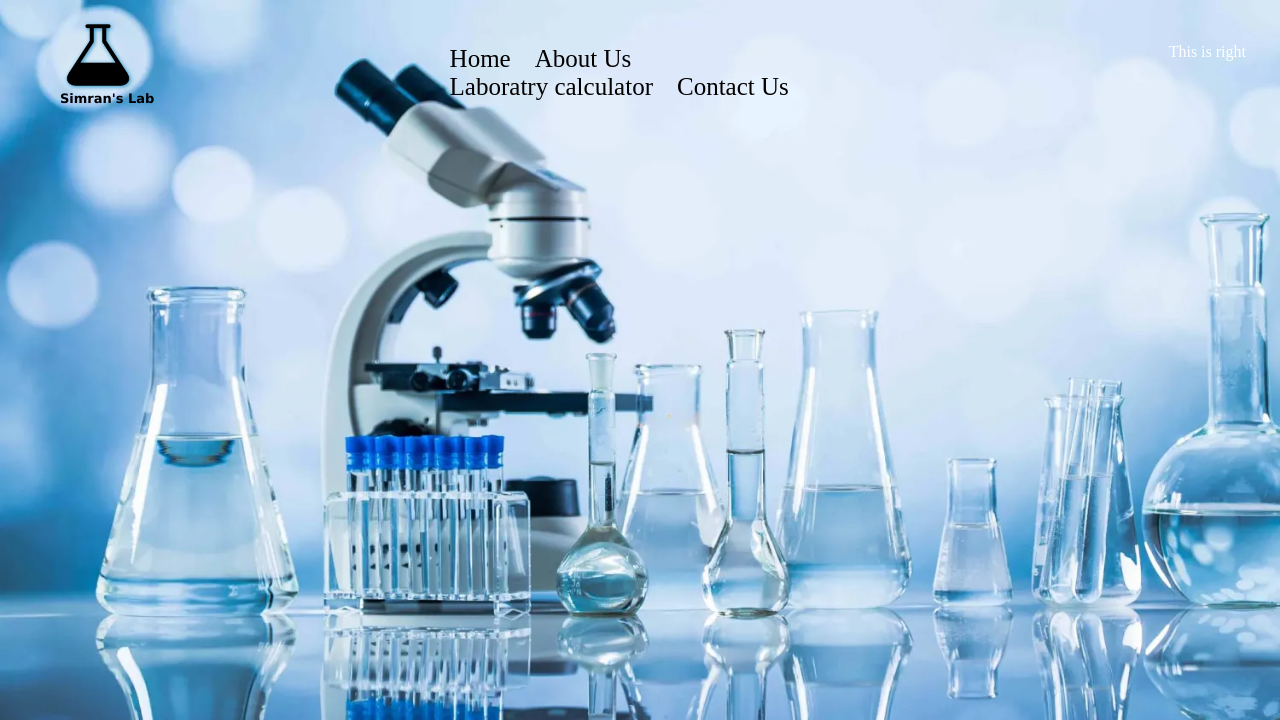
Repository: raisingh22/Simranlearning
Page: html css java/website/index.html
An editor plug-in stored every save of this project. The page is shown before and after the next save, followed by the edit.
The browser window is 1280 px wide. The pictures show the whole page.

Above is the page before, as saved 2024-01-01 18:52:14.

After the next save:
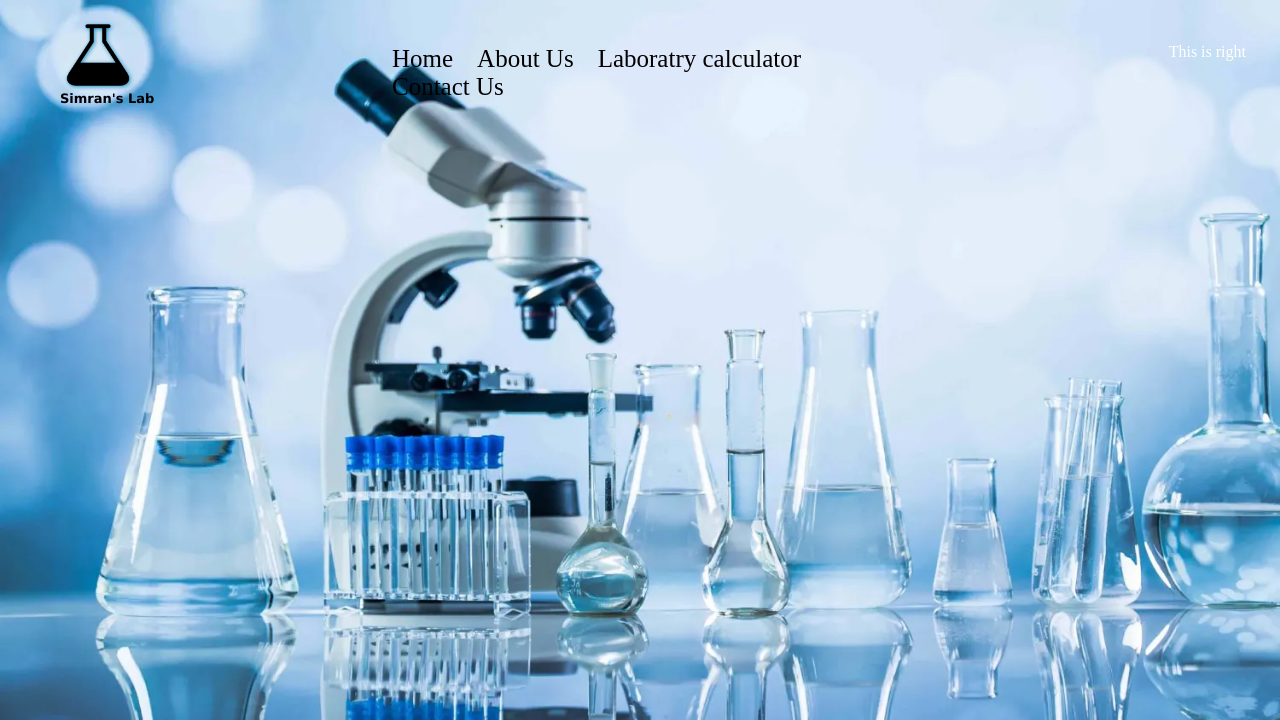
Saved 7 s later.
--- a/html css java/website/index.html
+++ b/html css java/website/index.html
@@ -41,7 +41,7 @@
     }
     .mid{
         display: block;
-        width: 36%;
+        width: 45%;
         margin: 29px auto;
         /* border: 2px solid #427e56; */
         /* background-color: #b7b1b164; */
